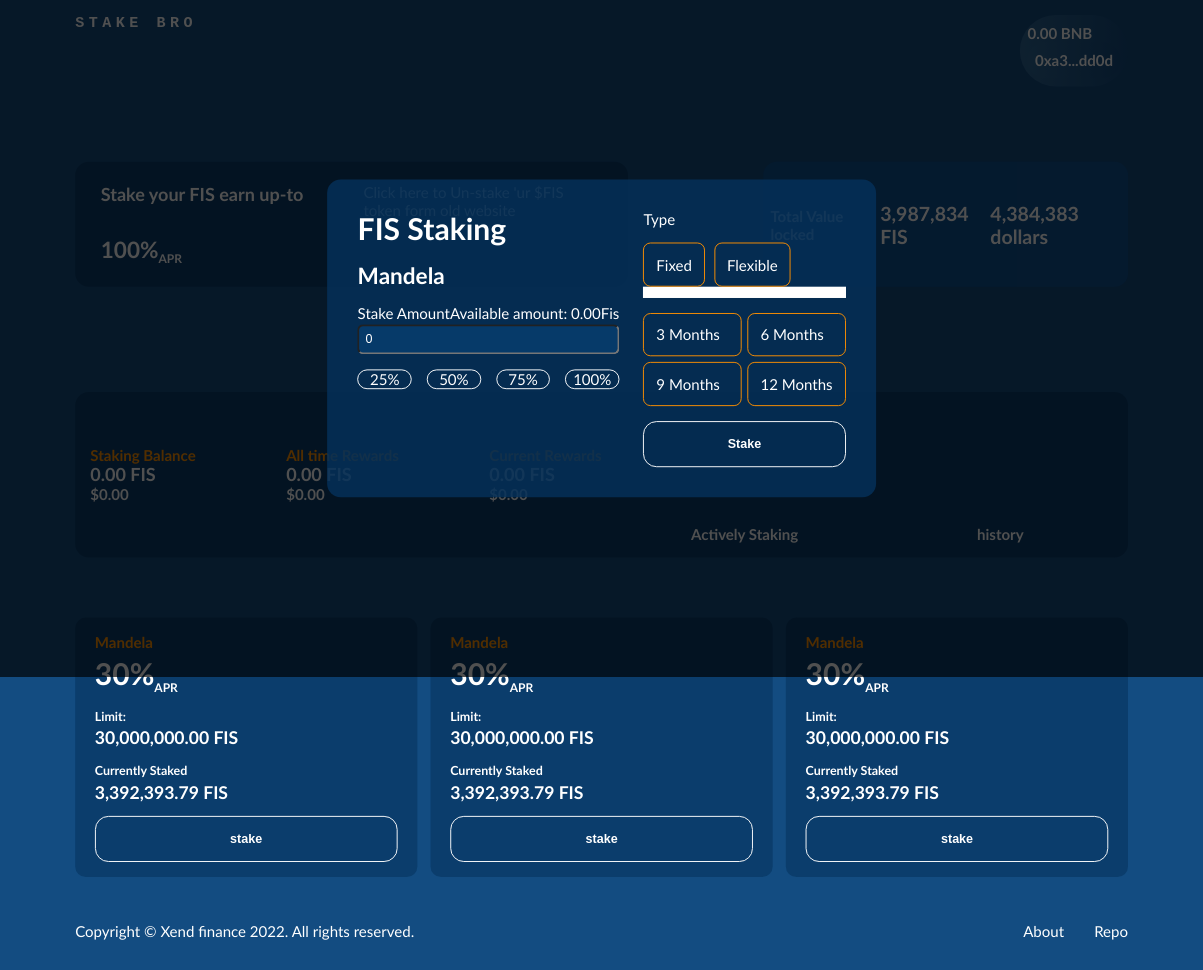
Repository: NorVirae/Stake
Page: /, after clicking the first element matching `button.stake-button`
These files come from the project's save history. The page is drawn as it stood at one moment and after the next save; the edit follows.
The browser window is 1280 px wide. The pictures show the whole page, at 94% of full size.
The project was rebuilt for these pictures with package versions that can differ from the ones it lists, and the page was loaded fresh each time.

Above is the page before, as saved 2022-04-18 19:38:24.

### src/App.tsx
import React, { useState } from 'react';
import AccountInfoCard from './components/cards/account-info-card';
import AprCard from './components/cards/apr-card';
import StakeModal from './components/modals/stake-modal';
import './styles/app.css'

function App() {
  const [isWalletConnected, setIsWalletConnected] = useState(false)
  const [showModal, setShowModal] = useState(false)

  return (
    <div className="stake-container">

      {showModal && <StakeModal showModal={showModal} setShowModal={setShowModal}/>}
      <header>
        <nav>
            <a href='logo' className='logo'>Stake Bro</a>
            <ul>
              {
                isWalletConnected?
                  <li className='connect-wallet-btn'>Connect Wallet</li>:
                  <li className='connect-wallet-btn'>0.00 BNB
                    <li className='connect-wallet-btn'>0xa3...dd0d</li>
                </li>
                }

            </ul>
        </nav>
      </header>



      <main>
        <section className='info-global'>
          <div className='info-main'>
            <div className='inner-container-left'>
              <h1 className='earn-text'> Stake your FIS earn up-to</h1>
              <h1>100%<sub className='sub'>APR</sub></h1>

            </div>

            <div className='inner-container-right'>
              <p>Click here to Un-stake 'ur $FIS token form old website</p>
              {/* <span>{"=>"}</span> */}
            </div>
          </div>

          <div className='public-stake-info'>
            <h3 className='total-locked'>Total Value locked</h3>
            <h1 className='total-locked-token'>3,987,834 FIS</h1>
            <h2 className='total-locked-dollars'>4,384,383 dollars</h2>

          </div>

        </section>

        <section className='connection-info'>
          {
          isWalletConnected?
          <div className={'connection-container-user'}>
            <div className='connection-info-text'>No Wallet connected</div>
            <div> Connect wallet to see your balance</div>
          </div>
          :
          <>
          <div className='user-stake-info-container'>
            <AccountInfoCard title='Staking Balance' token='0.00' dollarEquiv='0.00'/>

            <AccountInfoCard title='All time Rewards' token='0.00' dollarEquiv='0.00'/>


            <AccountInfoCard title='Current Rewards' token='0.00' dollarEquiv='0.00'/>


          </div>

          <div className='info-redirect'>
            <h1>Actively Staking </h1>
            <h1>history </h1>

          </div>

          </>
          }
        </section>

        <section className='reward'>
          <AprCard stakeAction={setShowModal}/>
          <AprCard stakeAction={setShowModal}/>
          <AprCard stakeAction={setShowModal}/>
        </section>

      </main>

      <footer>
        <div className='copyright-info'>
          Copyright &copy; Xend finance 2022. All rights reserved.
        </div>
        <ul>
          <li>About</li>
          <li>Repo</li>

        </ul>
      </footer>

    </div>
  );
}

export default App;

### src/components/cards/account-info-card.tsx
import React from 'react';

interface StakeInfoParams {
    title:string,
    token:string,
    dollarEquiv:string
}

const AccountInfoCard:React.FC<StakeInfoParams> = ({title, token, dollarEquiv}) => {
    return <div className='user-stake-info'>
                <h2 className='staking-balance'>{title}</h2>
                <h1 className='token-balance-fis'>{token} FIS</h1>
                <h2 className='token-balance-dollars'>${dollarEquiv}</h2>
            </div>
}

export default AccountInfoCard;

### src/components/cards/apr-card.tsx
import React, { useState } from "react";

interface AprCardInterface{
    stakeAction:any
}

const AprCard:React.FC<AprCardInterface> = ({stakeAction})=>{
    const [isWalletConnected, setIsWalletConnected] = useState(false)
    return <div className='apr-card'>
                <div className='mandela-container'>
                    <h4 className="mandela">Mandela</h4>
                    <h1 className="apr-announce">30%<sub className="sub">APR</sub></h1>
                </div>


                <div className='limit-container'>
                    <h5>Limit:</h5>
                    <h3>30,000,000.00 FIS</h3>
                </div>

                <div className='current-container'>
                    <h5>Currently Staked</h5>
                    <h3>3,392,393.79 FIS</h3>
                </div>

                {isWalletConnected?<button className="stake-button">No wallet connected</button>:
                <button onClick = {e=>stakeAction(true)}
                className="stake-button">stake</button>}

        </div>
}

export default AprCard;

### src/components/modals/stake-modal.tsx
import React, { useState } from 'react';


interface StakeModalInterface{
    setShowModal?:any,
    showModal:boolean
}

const StakeModal:React.FC<StakeModalInterface> = ({setShowModal, showModal}) => {

    const [amountToStake, setAmountToStake] = useState(0)
    return <div onClick={e=>setShowModal(false)} className='stake-modal-container'>

                <div onClick={e=>null} className='stake-modal'>
                    <div className='stake-inner-left'>
                        <h1>FIS Staking</h1>

                        <h2> Mandela</h2>

                        <form>
                            <fieldset className='form-group'>

                                <label className='form-label'><span>Stake Amount </span> <span>Available amount: 0.00Fis</span></label>
                                <input value={amountToStake} className='form-input'/>

                            </fieldset>
                        </form>

                        <div className='percentage-container'>

                            <div className='btn-percentage'>
                                25%

                            </div>

                            <div className='btn-percentage'>
                                50%

                            </div>

                            <div className='btn-percentage'>
                                75%

                            </div>

                            <div className='btn-percentage'>
                                100%

                            </div>
                        </div>

                        <div className='stake-type'>

                        </div>

                    </div>

                    <div className='stake-inner-right'>

                        <div className='type-title'>Type</div>
                        <div className='type-btn-container'>
                            <div className='btn-type'>
                                    Fixed
                            </div>

                            <div className='btn-type'>
                                    Flexible
                            </div>
                        </div>

                        <div className='duration-container'>
                            <div className='duration-btn'>
                                3 Months
                            </div>

                            <div className='duration-btn'>
                                6 Months
                            </div>


                            <div className='duration-btn'>
                                9 Months
                            </div>

                            <div className='duration-btn'>
                                12 Months
                            </div>

                        </div>

                        <button className='stake-button'>Stake</button>
                    </div>

                </div>

            </div>


}
export default StakeModal;

### src/styles/app.css
*{
    padding: 0;
    margin: 0;

}

::-webkit-scrollbar{
    background-color: #134C81;
    width: .4rem;
}

::-webkit-scrollbar-thumb{
    background-color: #0c5ba5;
}

img {
    width: 100%;
}

li {
    list-style-type: none;
}

body{
    background-color: #134C81;
    color: #ffff;
    font-family:'Trebuchet MS', 'Lucida Sans Unicode', 'Lucida Grande', 'Lucida Sans', Arial, sans-serif;
}
.stake-container {
    max-width: 70rem;
    margin:auto;
    display: flex;
    flex-direction: column;
    gap: 1rem;
}


nav {
    display:  flex;
    justify-content: space-between;
    padding: 1rem 0;
    position: sticky;
    top:0;
}

main {
    display: flex;
    flex-direction: column;
    gap:4rem;
}
.logo {
    text-decoration: none;
    font-family: 'Courier New', Courier, monospace;
    font-weight: 900;
    color: #ffff;
    letter-spacing: .3rem;
    text-transform: uppercase;
}

.connect-wallet-btn{
    padding: .6rem .5rem;
    background-image: linear-gradient(to right, #2d6797, #134C81  );
    font-weight: bold;
    border-radius: 3rem;
    transition: background-image .5s ease-in-out;
}

.connect-wallet-btn:hover{
    background-image: linear-gradient(to right, #134C81, #2d6797 );
    cursor: pointer;
    color: rgb(225, 225, 235);

}

.info-global{
    display: flex;
    justify-content: space-between;
    padding: 3rem 0;
    gap: 9rem;
}

.info-main{
    display: flex;
    background-color: #05315a88;
    border-radius: .9rem;
    padding: .5rem .9rem;

}

.inner-container-left, .inner-container-right{

    width: 100%;
    padding: .9rem .8rem;
    border-radius: .9rem;
    display: flex;
    flex-direction: column;
    gap:2rem
}



.earn-text {
    font-size: 1.2rem;
}

.sub{
    font-size: .8rem;
}

.public-stake-info {
    display: flex;
    justify-content: center;
    align-items: center;
    border-radius: .9rem;
    padding: .5rem;
    gap: .4rem;

    background-color: #0c5ba588;

}


.total-locked{
    font-size: 1rem;

}

.total-locked-token{
    font-size: 1.3rem;
}

.total-locked-dollars {
    font-size: 1.3rem;
}


.connection-info{
    display: flex;
    background-color: #05315a88;
    border-radius: .9rem;
    justify-content: center;
    align-items: center;
    height: 20vh;
    padding: 1rem 1rem;

}

.connection-info-text {
    font-size: 1.2rem;
    text-transform: uppercase;
}

.user-stake-info-container{
    display: flex;
    justify-content: space-between;
    width: 100%;
}

.staking-balance{
    font-size: 1rem;
    color: #FF9100;;
}

.token-balance-fis{
    font-size: 1.2rem;
}

.token-balance-dollars{
    font-size: 1rem;
}

.info-redirect{
    width: 100%;
    height: 100%;
    display: flex;
    justify-content: flex-end;
    align-items: flex-end;
    justify-content: space-around;
}

.info-redirect h1 {
    font-size: 1rem;
}

.connection-container-user{
    display: flex;
    flex-direction: column;
    justify-content: center;
    align-items: center;
}


.reward{
    display: flex;
    justify-content: space-between;
    gap: .9rem;
}

.apr-card{
    background-color: #05315a88;
    padding: 1rem 1.3rem;
    border-radius: .7rem;
    display: flex;
    flex-direction: column;
    justify-content: space-around;
    flex: 1;
    gap: .9rem;
}

.mandela-container{
    display: flex;
    flex-direction: column;
    justify-content: space-between;
    gap:.3rem;
}

.mandela{
    font-size: 1rem;
    color: #FF9100;

}

.apr-announce{
    font-size: 2rem;
}

.limit-container{
    display: flex;
    flex-direction: column;
    justify-content: space-between;
    gap:.3rem;
}

.current-container{
    display: flex;
    flex-direction: column;
    justify-content: space-between;
    gap:.3rem;
}

.stake-button{
    border-radius: .9rem;
    border: .1px solid white;
    background-color: transparent;
    padding: 1rem .6rem;
    color: #fff;
    font-weight: bold;
    transition: color .4s ease-in-out, border .4s ease-in-out;

}

.stake-button:hover{
    cursor: pointer;
    color: #FF9100;
    border: .1px solid #FF9100;

}

footer{
    display: flex;
    justify-content: space-between;
    padding: 2rem 0;

}
.copyright-info{
    display: flex;
}

footer ul{
    display: flex;
    gap: 2rem;
}


/* Stake Modal */
.stake-modal-container{
    z-index: 9;
    background-color: rgba(0, 0, 0, 0.685);
    position: fixed;
    width: 100vw;
    height: 100vh;
    top: 0%;
    left: 0%;
    display: flex;
    justify-content: center;
    align-items: center;

}

.stake-modal-container:hover{
    cursor: pointer;
}

.stake-modal{
    display: flex;
    background-color: #05315ad2;
    padding: 2rem;
    border-radius: .9rem;
    gap: .6rem;
    z-index: 8;
}

.stake-modal:hover{
    border: .2rem solid #05315ad2;
}

.stake-inner-left{
    display: flex;
    flex-direction: column;
    padding-right: 1rem;
    gap: 1rem;
}

.form-group{
    display: flex;
    flex-direction: column;
    border: none;
    gap: .2rem;

}

.form-label{
    display: flex;
    justify-content: space-between;
}

.form-input {
    border-radius: .4rem;
    padding: .4rem;
    background-color: #0c5ba54b;
    color: #fff;
}

.percentage-container{
    display: flex;
    justify-content: space-between;
    gap: 1rem;
}

.btn-percentage{
    border: .1rem solid #fff;
    border-radius: .9rem;
    flex:1;
    display: flex;
    justify-content: center;
    align-items: center;
    transition: background-color .4s ease-in-out, color .4s ease-in-out;
}

.btn-percentage:hover{
    background-color: #fff;
    color: #0c5ba5;
    cursor: pointer;
}

.stake-inner-right{
    display: flex;
    flex-direction: column;
    gap: 1rem;
}

.type-btn-container{
    display: flex;
    gap: .6rem;

    border-bottom: .8rem solid ;

}

.btn-type {
    border: .1px solid #FF9100;
    padding: .8rem;
    border-radius: .5rem;
}

.duration-btn {
    border: .1px solid #FF9100;
    padding: .8rem;
    border-radius: .5rem;
}

.duration-container{
    display: grid;
    gap: .4rem;
    grid-template-columns: repeat(2, 1fr);
}

Loaded but not shown: public/index.html (common file); src/index.tsx (common file); src/reportWebVitals.ts (common file)

After the next save:
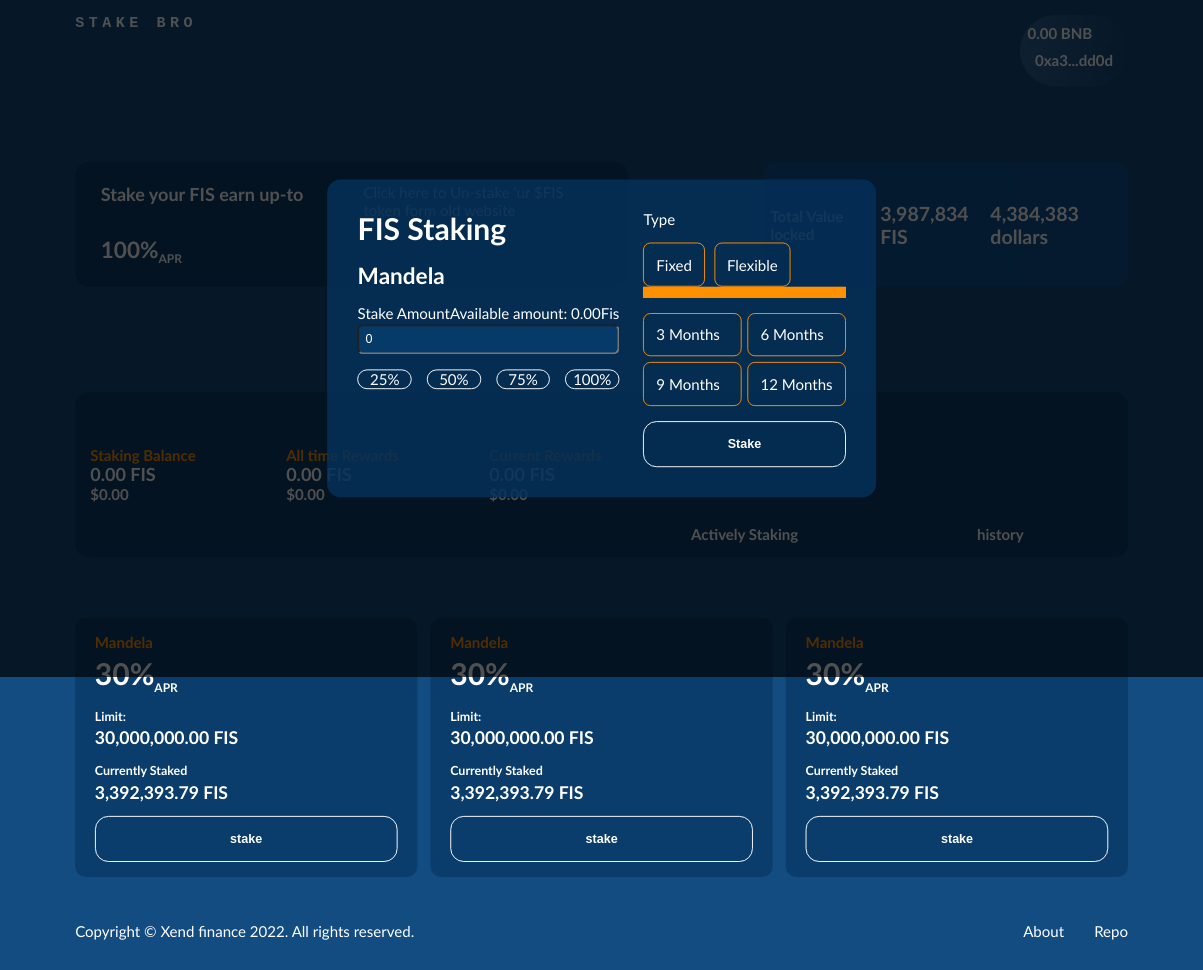
Saved 8 s later.
--- a/src/styles/app.css
+++ b/src/styles/app.css
@@ -363,7 +363,7 @@ footer ul{
     display: flex;
     gap: .6rem;
 
-    border-bottom: .8rem solid ;
+    border-bottom: .8rem solid #FF9100;
 
 }
 
